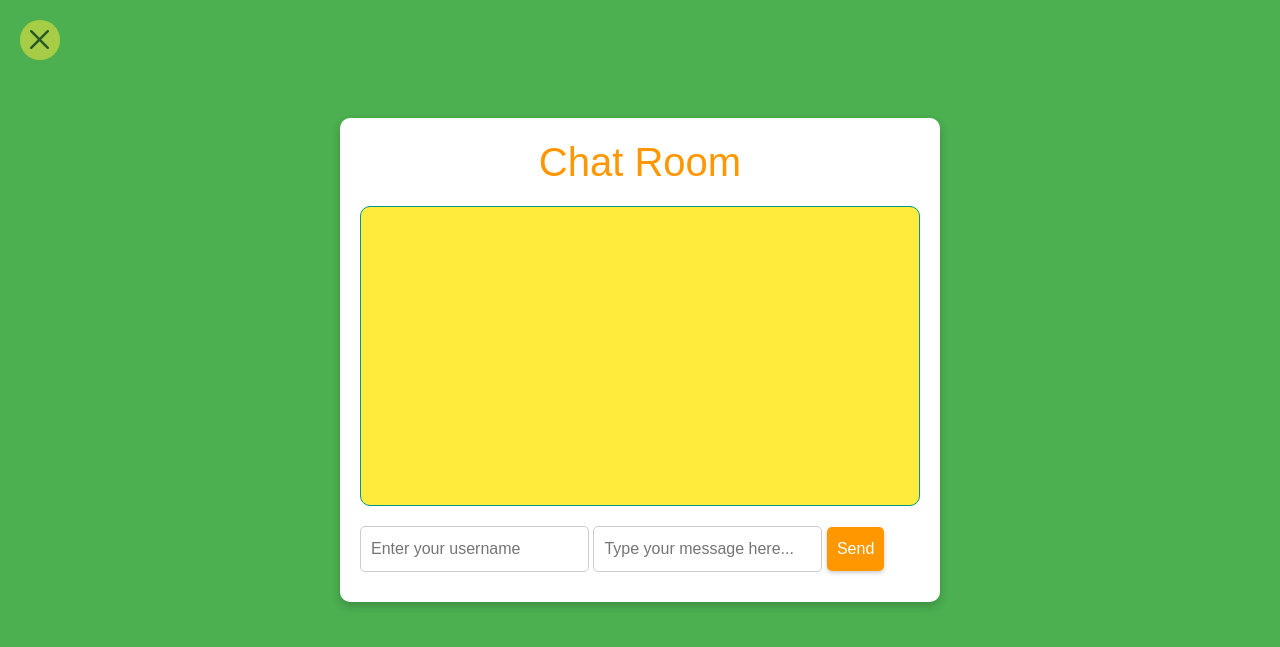
Repository: Sanjana-Inapakolla/Find-your-Roomie-website
Page: http://localhost/MiniProject/AfterSend
The author's editor kept a copy of each file at every save. The page is drawn from the files as they stood at one save, then again after the next save.
The browser window is 1280 px wide. The pictures show the whole page.
The page is served by Tomcat 10. Queries for data that is not in the repository find no rows.

Above is the page before, as saved 2024-11-13 11:34:21.

After the next save:
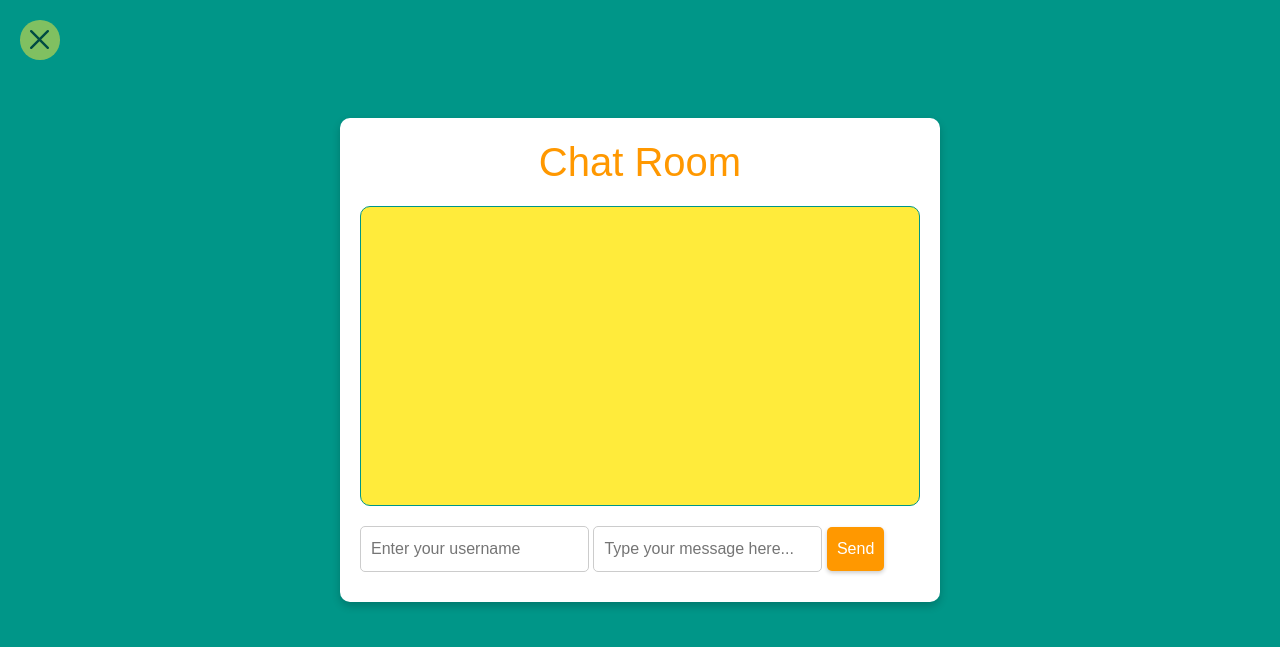
Saved 30 s later.
--- a/mini-project(jfst)/MiniProject/src/main/webapp/chat.jsp
+++ b/mini-project(jfst)/MiniProject/src/main/webapp/chat.jsp
@@ -18,7 +18,7 @@
             align-items: center;
             height: 100vh;
             margin: 0;
-            background-color: #4CAF50; /* Green background */
+            background-color: #009688; /* Green background */
             font-family: Arial, sans-serif;
         }
 
